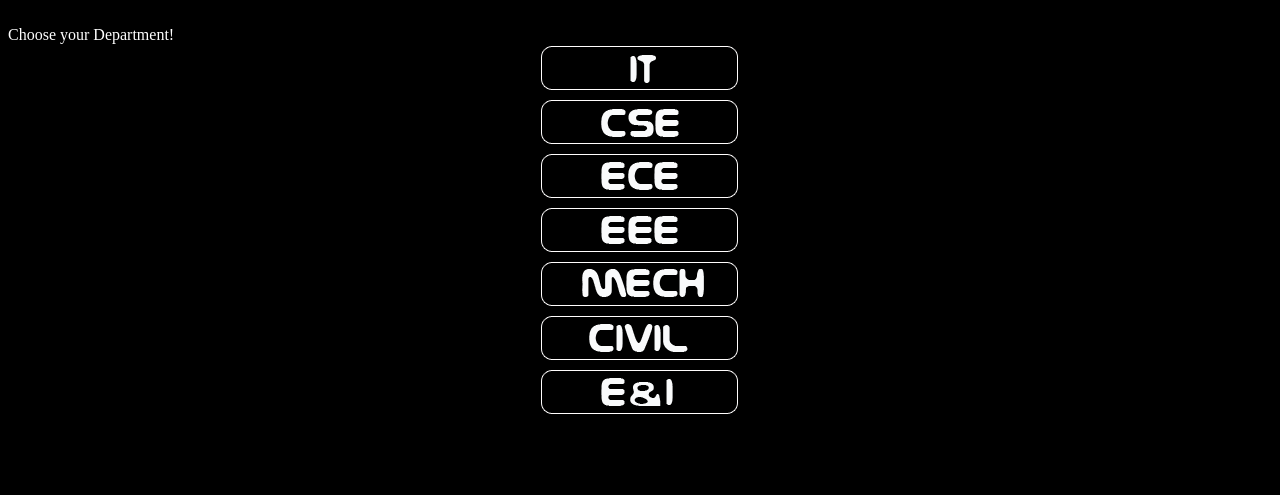
Repository: vigineshs/Mobile-Applications
Page: AnnaUniv GPA Calc/AnnaUniv GPA Calculator Updated/assets/www/home.html
An editor plug-in stored every save of this project. The page is shown before and after the next save, followed by the edit.
The browser window is 1280 px wide. The pictures show the whole page.

Above is the page before, as saved 2012-05-08 16:17:29.

### AnnaUniv GPA Calc/AnnaUniv GPA Calculator Updated/assets/www/home.html
<!DOCTYPE HTML>
<html>
<head>
<title>PhoneGap</title>
<script type="text/javascript" charset="utf-8" src="/AnnaUniv GPA Calculator/assets/www/cordova-1.7.0.js"></script>

</head>
<body style="background-color:black; color:white" >
<br /> Choose your Department! <br />
<center>
<a href="it.html" onmouseover="document.cont.src='it.png'" "onclick ="document.cont.src='it.png'" onMouseOut="document.cont.src='it1.png'" ><img src="it1.png" name="cont" border="0" /> </a><br/>

<a href="cse.html" onmouseover="document.con.src='cse.png'" onclick="document.con.src='cse.png'" onMouseOut="document.con.src='cse1.png'"   ><img src="cse1.png" name="con" border="0" /> </a><br/>
<a href="ece.html"  onmouseover="document.contt.src='ece.png'"  onclick="document.contt.src='ece.png'" onMouseOut="document.contt.src='ece1.png'" ><img src="ece1.png" name="contt" border="0" /> </a><br/>
<a href="eee.html"  onmouseover="document.conts.src='eee.png'" onclick="document.conts.src='eee.png'" onMouseOut="document.conts.src='eee1.png'"  ><img src="eee1.png" name="conts" border="0" /> </a><br/>
<a href="mech.html"  onmouseover="document.contx.src='mech.png'" onclick="document.contx.src='mech.png'" onMouseOut="document.contx.src='mech1.png'"  ><img src="mech1.png" name="contx" border="0" /> </a><br/>
<a href="civil.html"  onmouseover="document.contsa.src='civil.png'" onclick="document.contsa.src='civil.png'" onMouseOut="document.contsa.src='civil1.png'"  ><img src="civil1.png" name="contsa" border="0" /> </a><br/>
<a href="ei.html"  onmouseover="document.contxa.src='ei.png'" onclick="document.contxa.src='ei.png'" onMouseOut="document.contxa.src='ei1.png'"  ><img src="ei1.png" name="contxa" border="0" /> </a><br/>
</center>
</body>
</html>

Loaded but not shown: AnnaUniv GPA Calc/AnnaUniv GPA Calculator Updated/assets/www/cordova-1.7.0.js (library)

After the next save:
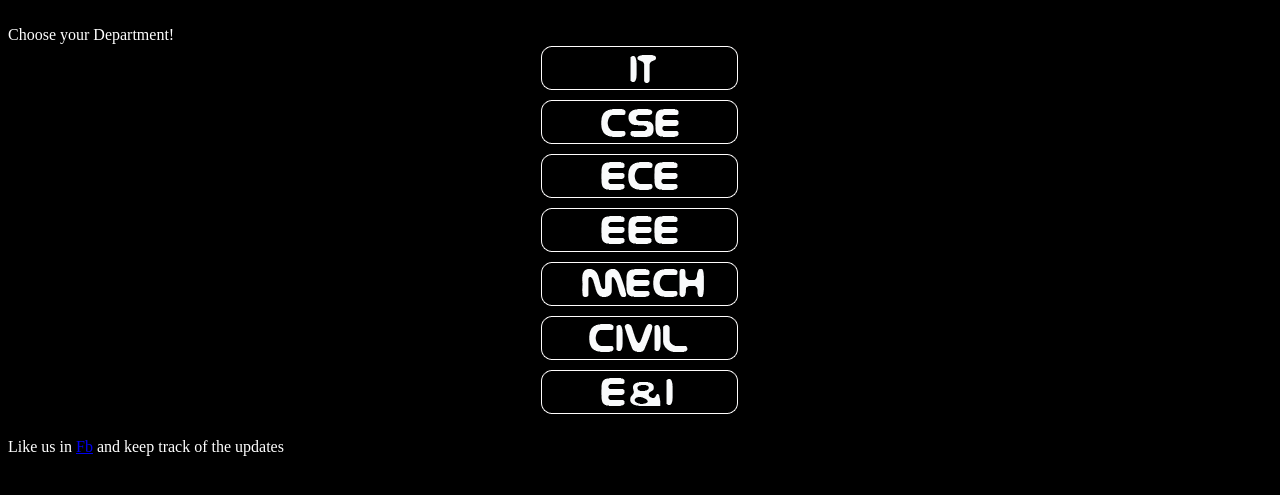
Saved 2 min 58 s later.
--- a/AnnaUniv GPA Calc/AnnaUniv GPA Calculator Updated/assets/www/home.html
+++ b/AnnaUniv GPA Calc/AnnaUniv GPA Calculator Updated/assets/www/home.html
@@ -17,5 +17,6 @@
 <a href="civil.html"  onmouseover="document.contsa.src='civil.png'" onclick="document.contsa.src='civil.png'" onMouseOut="document.contsa.src='civil1.png'"  ><img src="civil1.png" name="contsa" border="0" /> </a><br/>
 <a href="ei.html"  onmouseover="document.contxa.src='ei.png'" onclick="document.contxa.src='ei.png'" onMouseOut="document.contxa.src='ei1.png'"  ><img src="ei1.png" name="contxa" border="0" /> </a><br/>
 </center>
+<p>Like us in <a href="https://www.facebook.com/AnnaUnivGpaCalculator">Fb</a> and keep track of the updates </p>
 </body>
 </html>
